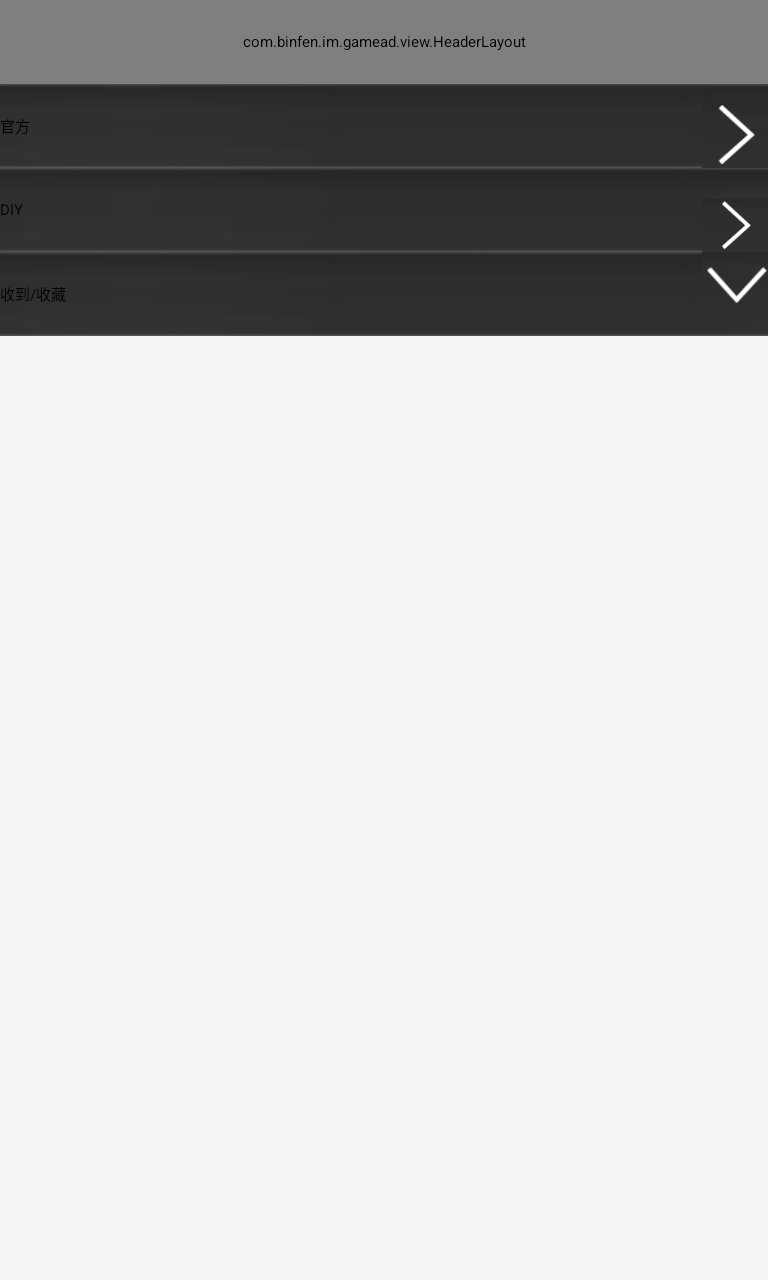
Repository: hosle/gad2
Layout: gamead_IM2/res/layout/xxh_gamelayout3.xml
An editor plug-in stored every save of this project. The layout is shown before and after the next save, followed by the edit.
Pictures or frames that could not be fetched are drawn as grey boxes. It is drawn on a 768 x 1280 px phone screen (xhdpi) without system bars, with theme AppTheme; the app's code is not run. Lists and similar views that code fills are empty.

Above is the layout before, as saved 2015-06-26 06:27:04.

After the next save:
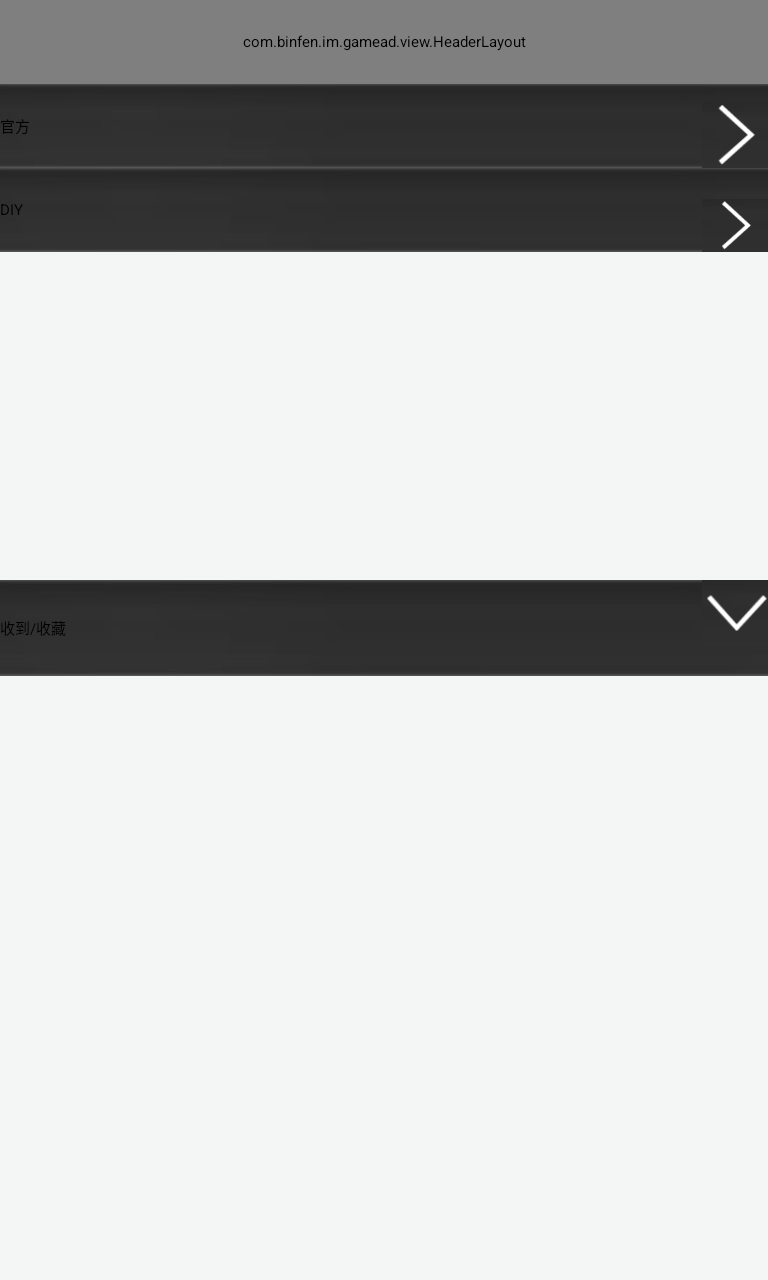
Saved 6 min 6 s later.
--- a/gamead_IM2/res/layout/xxh_gamelayout3.xml
+++ b/gamead_IM2/res/layout/xxh_gamelayout3.xml
@@ -67,7 +67,12 @@
                android:src="@drawable/xxh_game_ar" />
 
         </RelativeLayout>
-
+       </LinearLayout>
+       <LinearLayout
+            android:layout_width="match_parent"
+            android:layout_height="wrap_content"
+            android:layout_alignParentBottom="true"
+           >
         <RelativeLayout
             android:layout_width="match_parent"
             android:layout_height="wrap_content"
